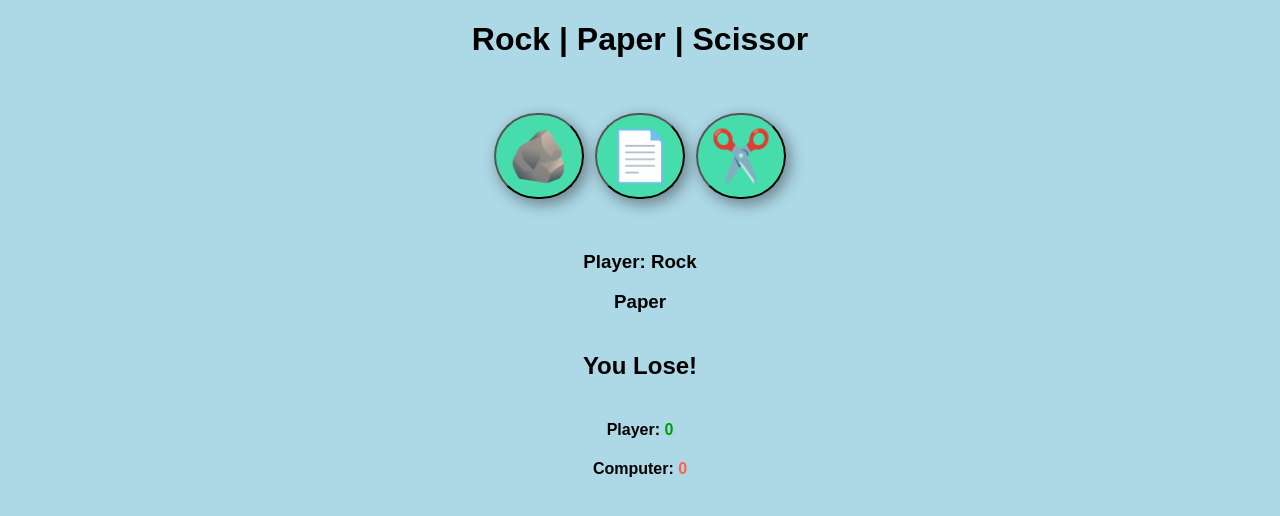
Repository: SakthivelDurai47/Rock-Paper-Sissors
Page: index.html
These files come from the project's save history. The page is drawn as it stood at one moment and after the next save; the edit follows.
The browser window is 1280 px wide. The pictures show the whole page.
After loading, the first visible `button` was clicked once.

Above is the page before, as saved 2025-04-14 22:44:59.

After the next save:
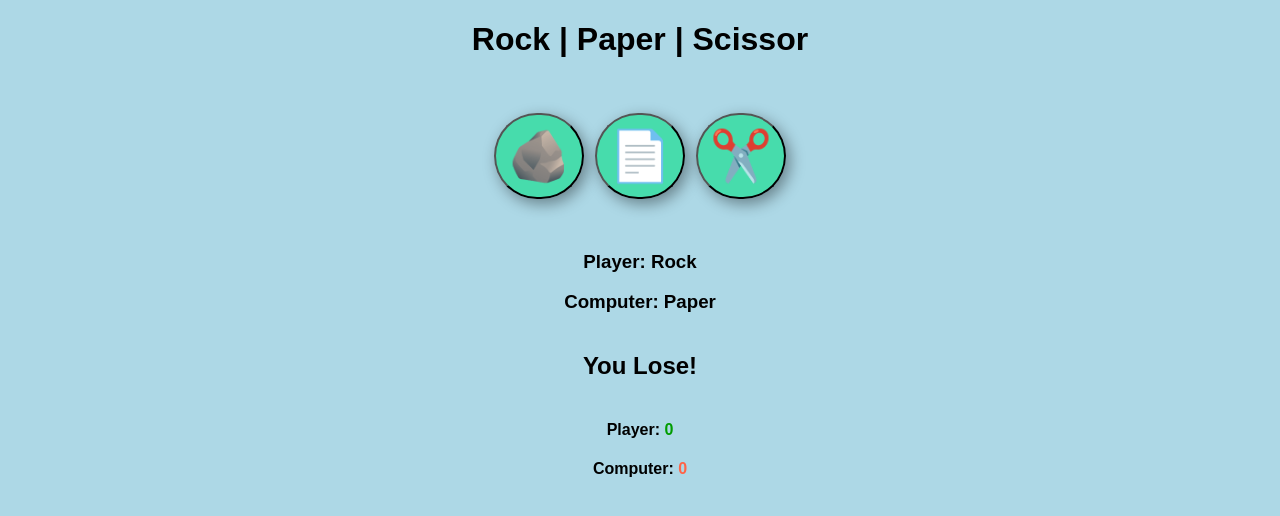
Saved 29 s later.
--- a/index.js
+++ b/index.js
@@ -26,6 +26,6 @@ function playGame(playerChoice) {
     }
   }
   playerInfo.textContent = `Player: ${playerChoice}`;
-  computerInfo.textContent = computerChoice;
+  computerInfo.textContent = `Computer: ${computerChoice}`;
   result.textContent = results;
 }
